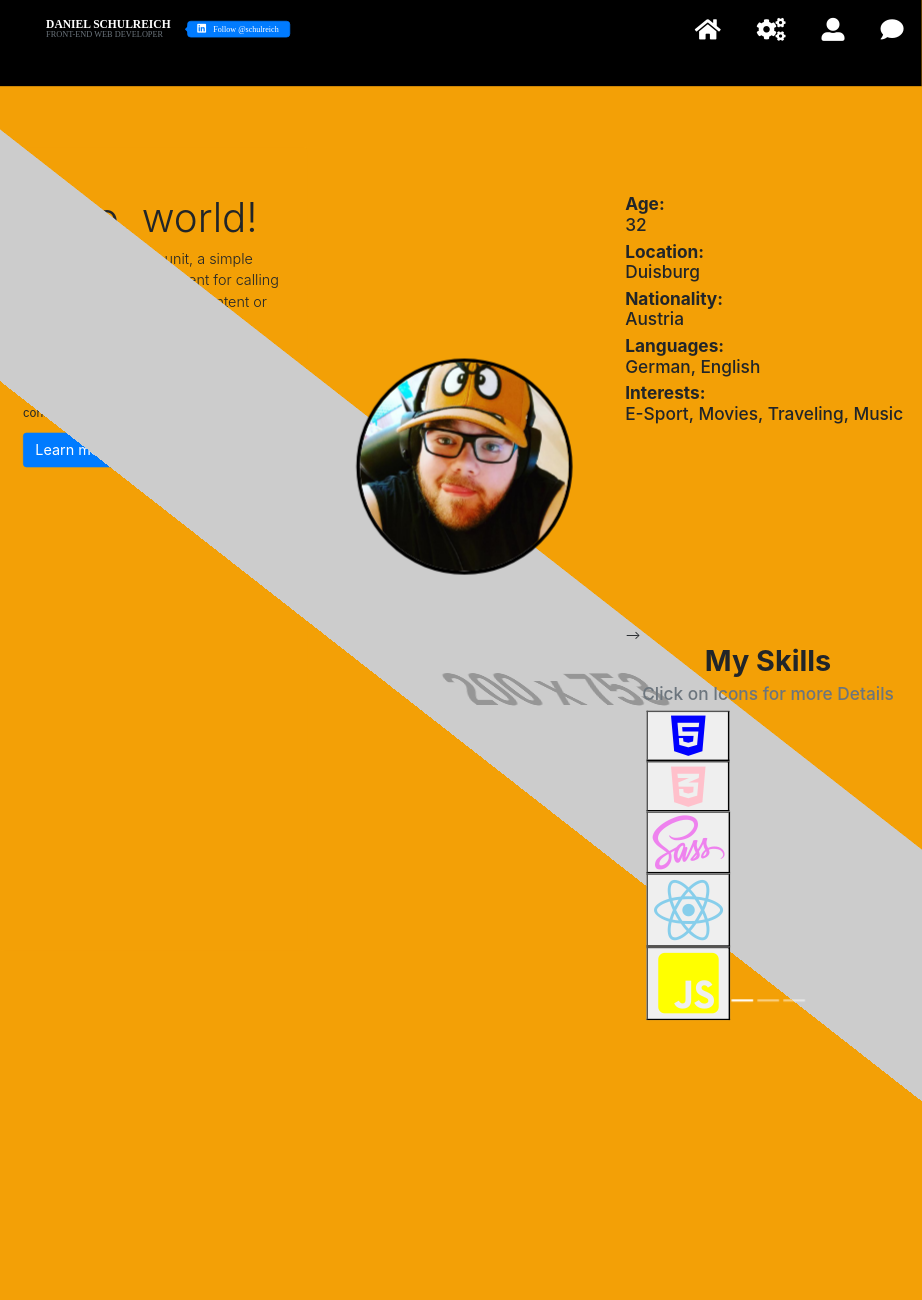
Repository: schulreich/my_portfolio
Page: portfolio.html
These files come from the project's save history. The page is drawn as it stood at one moment and after the next save; the edit follows.
The browser window is 1280 px wide. The pictures show the whole page, at 72% of full size.
Some web fonts or font styles are not loaded; a fallback is used. Some web libraries are served in a nearby version.

Above is the page before, as saved 2020-06-17 18:54:04.

After the next save:
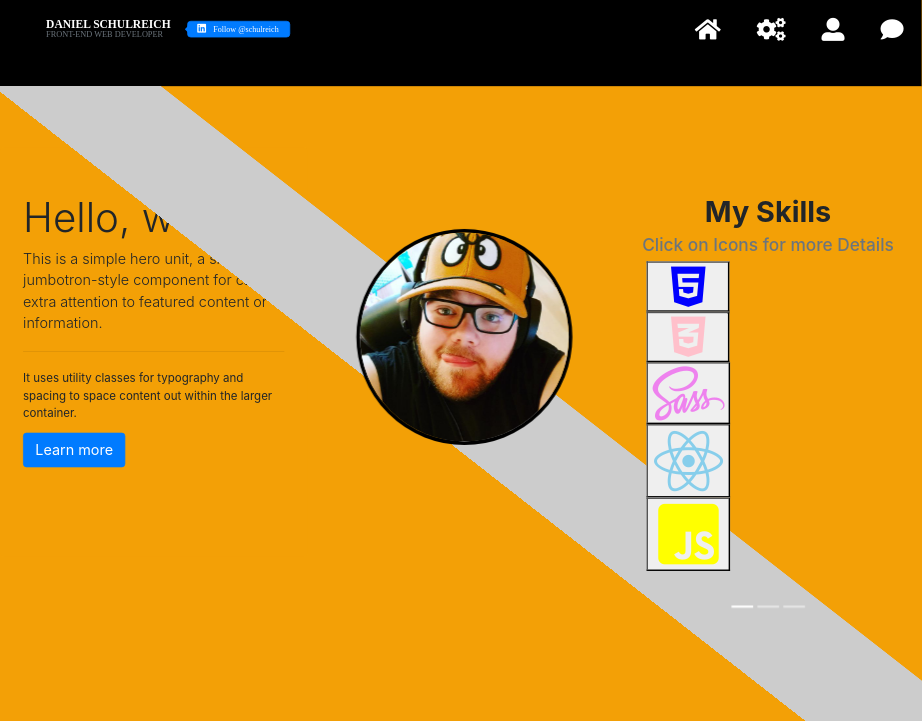
Saved 12 s later.
--- a/portfolio.html
+++ b/portfolio.html
@@ -171,7 +171,7 @@
     <div class="carousel-inner">
       <!--
         <div class="carousel-item active">
-              <h4><strong>Name:</strong> <br> Daniel Schulreich</h4> <!--add padding-->
+              <h4><strong>Name:</strong> <br> Daniel Schulreich</h4>
               <h4><strong>Age:</strong> <br> 32</h4>
               <h4><strong>Location:</strong> <br> Duisburg</h4>
               <h4><strong>Nationality:</strong> <br> Austria</h4>
